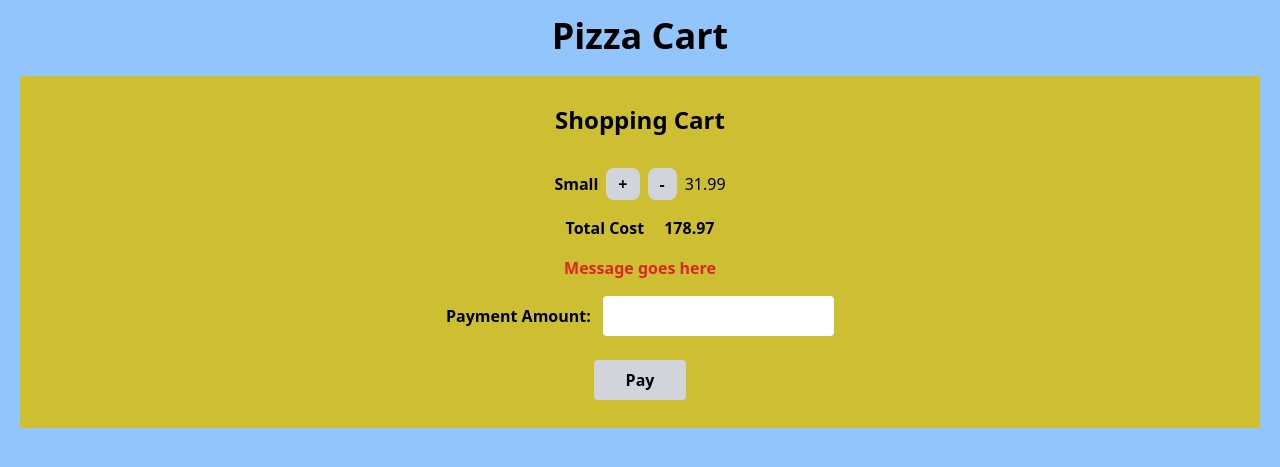
Repository: lasity34/pizza_cart
Page: index.html
An editor plug-in stored every save of this project. The page is shown before and after the next save, followed by the edit.
The browser window is 1280 px wide. The pictures show the whole page.
Some web libraries are served in a nearby version.

Above is the page before, as saved 2023-07-11 08:59:46.

After the next save:
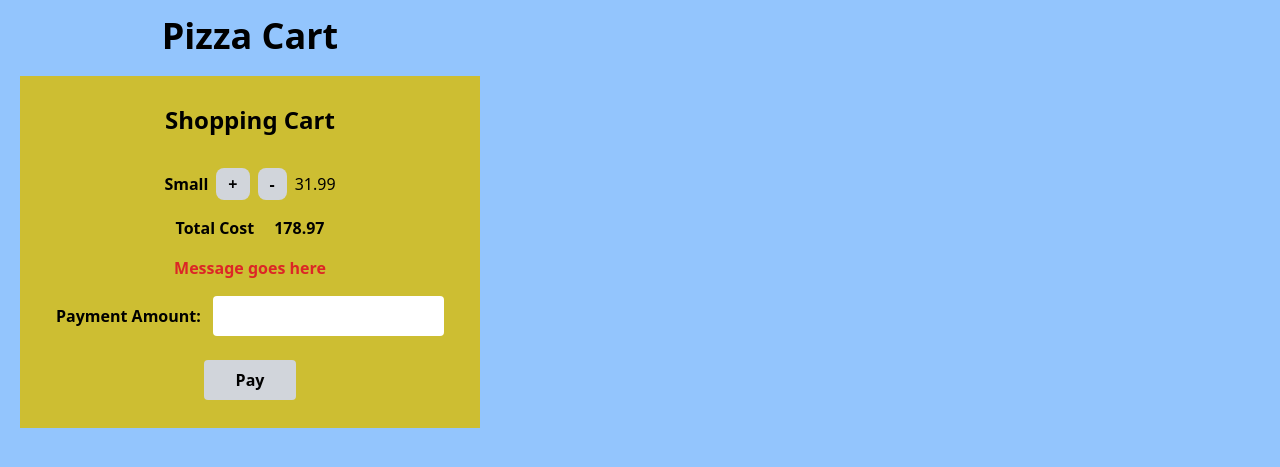
Saved 10 s later.
--- a/style.css
+++ b/style.css
@@ -1,4 +1,7 @@
 
+body {
+    max-width: 500px;
+}
 
 .shop-container {
     background-color: rgb(205, 190, 50);
